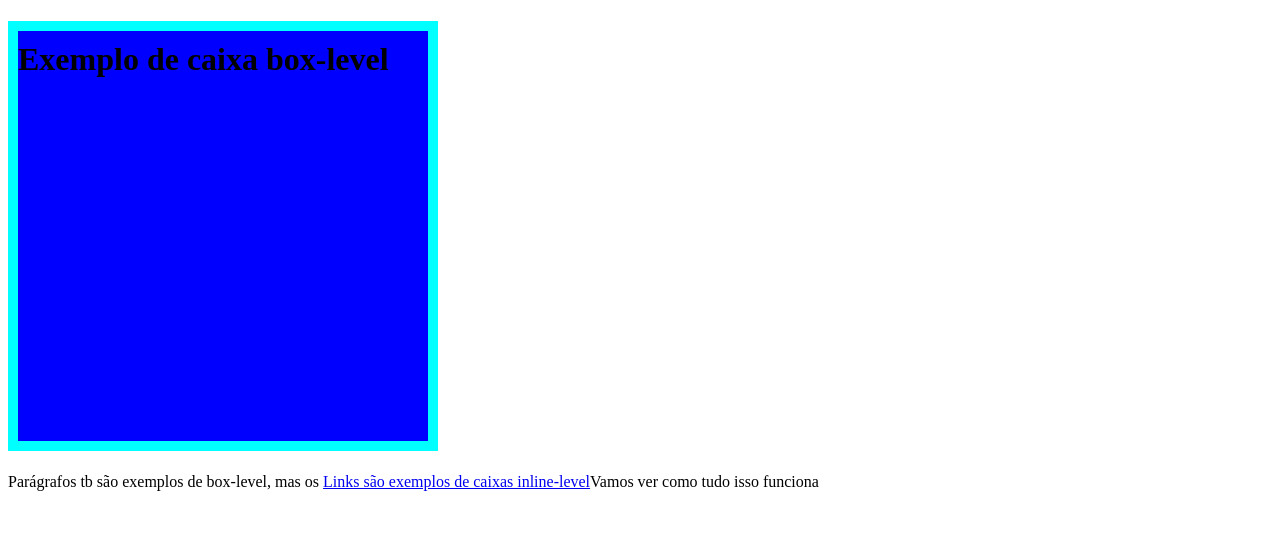
Repository: DorivalJunior14/exercicios
Page: ex.caixas.html/ex.caixas.html
An editor plug-in stored every save of this project. The page is shown before and after a run of saves, followed by the edit.
The browser window is 1280 px wide. The pictures show the whole page.

Above is the page before, as saved 2021-05-12 16:32:18.

### ex.caixas.html/ex.caixas.html
<!DOCTYPE html>
<html lang="pt-br">
<head>
    <meta charset="UTF-8">
    <meta name="viewport" content="width=device-width, initial-scale=1.0">
    <title>Modelos de Caixas</title>
    <style>
        h1{
            background-color: blue;
            height: 400px;
            width: 400px;
            border-width: 10px;
            border-style: solid;
            border-color: aqua;
            padding-top: 10px;
            padding-right: 10px;
            padding-bottom: ;

        }
    </style>
</head>
<body>

    <h1>Exemplo de caixa box-level</h1>
    <p>Parágrafos tb são exemplos de box-level, mas os <a href="#">Links são exemplos de caixas inline-level</a>Vamos ver como tudo isso funciona</p>

</body>
</html>

After the next 7 saves:
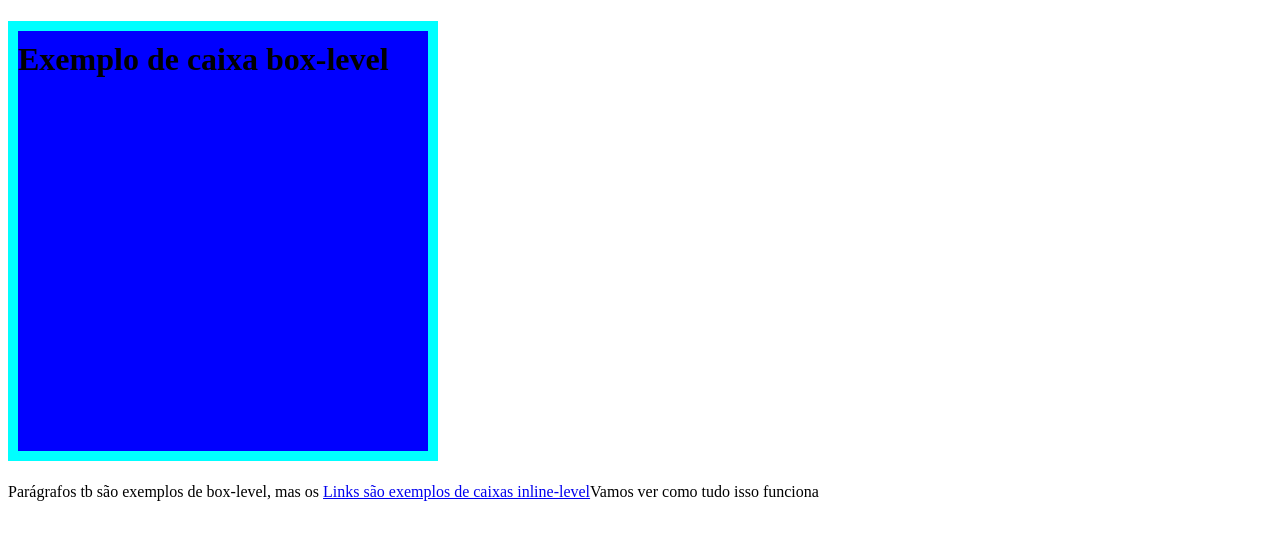
The 7 saves are shown as one change because they came seconds apart.
The last was saved 15 s later.
--- a/ex.caixas.html/ex.caixas.html
+++ b/ex.caixas.html/ex.caixas.html
@@ -14,7 +14,8 @@
             border-color: aqua;
             padding-top: 10px;
             padding-right: 10px;
-            padding-bottom: ;
+            padding-bottom: 10px;
+            padding-left: ;
 
         }
     </style>
